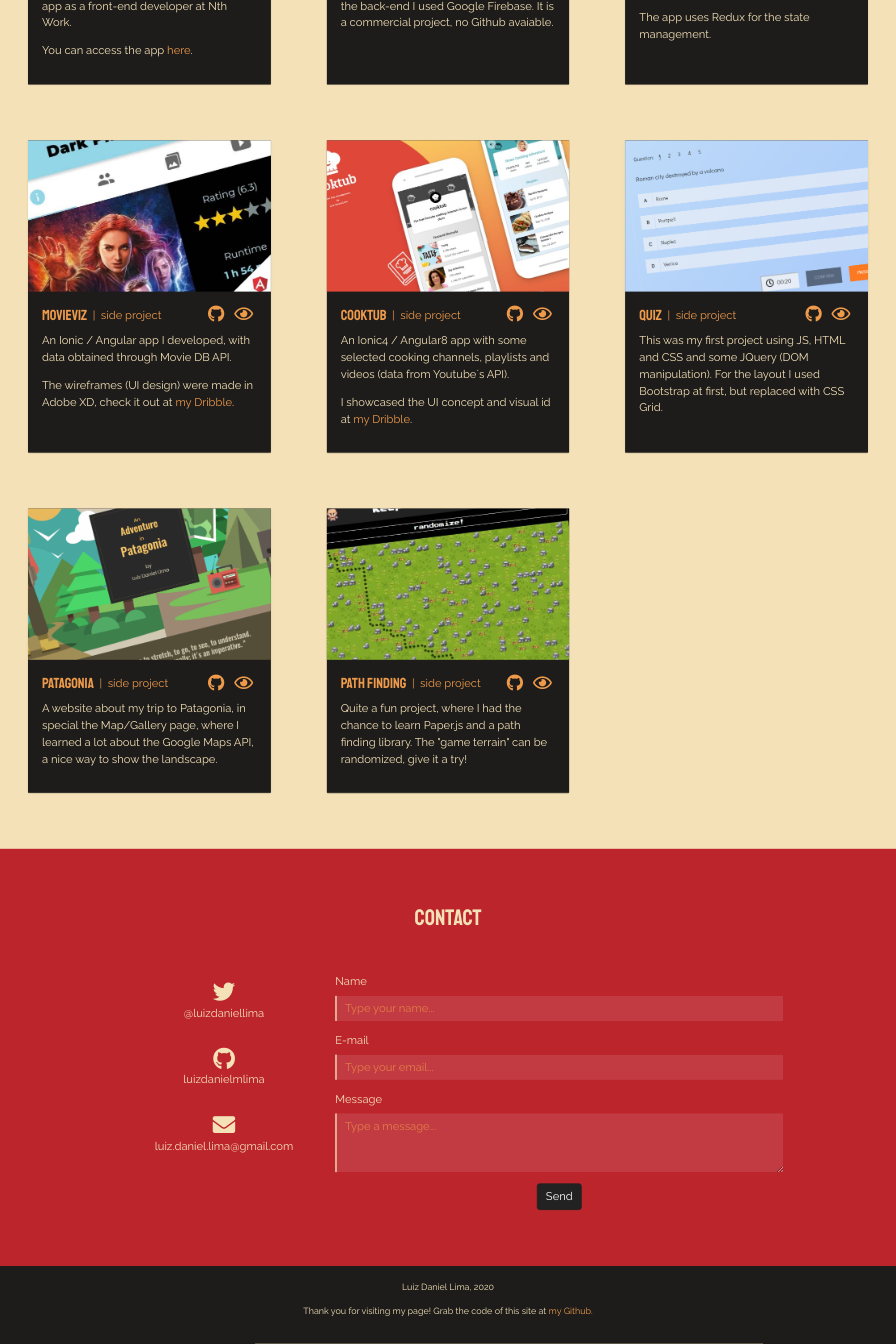
Repository: luizdanielmlima/myWebsite
Page: dist/index.html
These files come from the project's save history. The page is drawn as it stood at one moment and after the next save; the edit follows.
The browser window is 1280 px wide. The pictures show the part of the page from y = 1791 to 3711 px (the page is 3711 px tall before and 3114 px after), at 70% of full size.
Some web libraries are served in a nearby version.

Above is the page before, as saved 2023-01-04 07:51:25.

### dist/index.html
<!DOCTYPE html>
<html lang="en">
  <head>
    <meta charset="UTF-8" />
    <meta
      name="viewport"
      content="width=device-width, initial-scale=1.0"
    />
    <meta http-equiv="X-UA-Compatible" content="ie=edge" />
    <link
      href="https://fonts.googleapis.com/css?family=Raleway|Staatliches"
      rel="stylesheet"
    />
    <!-- Font Awesome -->
    <link
      rel="stylesheet"
      href="https://use.fontawesome.com/releases/v5.8.1/css/all.css"
      integrity="sha384-50oBUHEmvpQ+1lW4y57PTFmhCaXp0ML5d60M1M7uH2+nqUivzIebhndOJK28anvf"
      crossorigin="anonymous"
    />
    <!-- Bootstrap -->
    <link
      rel="stylesheet"
      href="https://maxcdn.bootstrapcdn.com/bootstrap/4.0.0/css/bootstrap.min.css"
      integrity="sha384-Gn5384xqQ1aoWXA+058RXPxPg6fy4IWvTNh0E263XmFcJlSAwiGgFAW/dAiS6JXm"
      crossorigin="anonymous"
    />
    <!-- Bootstrap Theme -->
    <link rel="stylesheet" href="./css/theme.css" />
    <!-- my CSS -->
    <link rel="stylesheet" href="./css/main.css" />
    <title>Luiz Daniel Lima's site</title>
  </head>

  <!--  -->

  <body>
    <!-- Logo AND nav-bar -->
    <header id="home">
      <div class="menu-bar">
        <div class="myLogo noselect">
          <p>L</p>
          <p>D</p>
          <p>LIMA</p>
        </div>
        <div class="menu-links">
          <ul class="menu-links-ul">
            <li><a href="#home" id="nav-home">Home</a></li>
            <li><a href="#about" id="nav-about">About Me</a></li>
            <li>
              <a href="#portfolio" id="nav-portfolio">Portfolio</a>
            </li>
            <li><a href="#contact" id="nav-contact">Contact</a></li>
            <li>
              <a
                href="./assets/LuizDanielLima_FrontEndDev_CV-V04_eng.pdf"
                target="_blank"
                aria-label="link to CV, version 4"
                ><i class="far fa-file-pdf mr-2"></i>CV</a
              >
            </li>
            <li>
              <a
                href="https://github.com/luizdanielmlima"
                target="_blank"
                ><i class="fab fa-github"></i
              ></a>
            </li>
          </ul>
        </div>
        <div class="toggle">
          <i
            class="fa fa-bars fa-2x toggle-icon"
            aria-hidden="true"
          ></i>
        </div>
      </div>
    </header>

    <!-- COVER -->
    <main id="main">
      <div class="poster-b noselect">
        <div class="area-fullname" data-obs="home">
          <h2 class="name">Luiz</h2>
          <h2 class="name">Daniel</h2>
          <h2 class="name">Lima</h2>
        </div>
        <div class="v-line"></div>
        <div class="area-iknow">
          <ul class="habilities">
            <li>javascript</li>
            <li>html / css</li>
            <li>react</li>
            <li>angular</li>
            <li>ionic 4</li>
            <li><a href="#about">more...</a></li>
          </ul>
        </div>
        <div class="box1"></div>
        <div class="v-line"></div>
        <div class="area-iam">
          <div class="area-job">
            <h2>front</h2>
            <h2>end</h2>
            <h2>developer</h2>
          </div>
        </div>
      </div>
    </main>

    <!-- SECTION: ABOUT ME -->
    <section class="aboutme" id="about">
      <h2 class="section-title" data-obs="about">About Me</h2>
      <div class="abt-content">
        <div class="abt-item">
          <h3>Who I am</h3>
          <p>
            I´m an engineer who switched carreers many years ago. I
            consider myself a "life long learner", who loves
            programming and design. I enjoy solving problems and
            building things with thoughtful planning, hard work and
            creativity.
          </p>
        </div>
        <div class="abt-item">
          <h3>Some More Info</h3>
          <ul>
            <li>Happily married, father of a daughter</li>
            <a
              class="linked-item"
              href="https://luizdanielmlima.github.io/tennisballmachine/"
              target="_blank"
              ><li>Built my own tennis ball machine!</li></a
            >
            <li>Founded a start-up 10 years ago</li>
            <a
              class="linked-item"
              href="https://luizdanielmlima.github.io/trip-patagonia/"
              target="_blank"
            >
              <li>Trekked in Patagonia, Argentina</li>
            </a>
            <li>Fluent English, learning French</li>
          </ul>
        </div>
        <div class="abt-item">
          <h3>Skills</h3>
          <div class="abt-item-doubleinfo">
            <ul>
              <li>JS/TS, HTML, CSS/SaSS</li>
              <li>Angular, Ionic</li>
              <li>React, Redux</li>
              <li>Material UI</li>
              <li>Responsive Design</li>
            </ul>
            <div class="skills-icons">
              <i class="fab fa-js fa-3x"></i>
              <i class="fab fa-html5 fa-3x"></i>
              <i class="fab fa-css3-alt fa-3x"></i>
              <i class="fab fa-react fa-3x"></i>
              <i class="fab fa-angular fa-3x"></i>
              <ion-icon name="logo-ionic"></ion-icon>
              <ion-icon name="logo-sass"></ion-icon>
              <!-- <i class="fab fa-bootstrap fa-3x"></i> -->
              <i class="fab fa-npm fa-3x"></i>
              <!-- <i class="fab fa-git-square fa-3x"></i> -->
              <i class="fab fa-github fa-3x"></i>
              <!-- <i class="fab fa-gulp fa-3x"></i> -->
            </div>
          </div>
        </div>
      </div>
    </section>

    <!-- SECTION: PORTFOLIO -->
    <section class="portfolio" id="portfolio">
      <h2 class="section-title" data-obs="portfolio">Portfolio</h2>
      <div class="pf-content">
        <div class="pf-card">
          <a href="https://movieviz.web.app/" target="_blank">
            <figure class="clickable-img">
              <i class="far fa-eye fa-2x clickable-img-icon"></i>
              <div class="clickable-img-icon-bg"></div>
              <img
                class="clickable-img-raster"
                src="./assets/portf_wemc_crop.jpg"
                alt="wemc thumb"
              />
            </figure>
          </a>
          <div class="pf-card-body">
            <div class="title-icons-area">
              <div class="title-wrapper">
                <h3>WEMC</h3>
                <p>|</p>
                <p>commercial</p>
              </div>
              <div class="icons">
                <a
                  href="https://c3s-edu.wemcouncil.org/"
                  target="_blank"
                  ><i class="far fa-eye fa-2x"></i
                ></a>
              </div>
            </div>
            <p>
              An educational app to show climate changes, I helped
              build this Angular 9 app as a front-end developer at Nth
              Work.
            </p>
            <p>
              You can access the app
              <a
                href="https://c3s-edu.wemcouncil.org/"
                target="_blank"
                >here</a
              >.
            </p>
          </div>
        </div>
        <div class="pf-card">
          <a data-toggle="modal" data-target="#videoModal">
            <figure class="clickable-img">
              <i class="fab fa-youtube fa-2x clickable-img-icon"></i>
              <!-- <i class="fa fa-play fa-2x clickable-img-icon"></i> -->
              <div class="clickable-img-icon-bg"></div>
              <img
                class="clickable-img-raster"
                src="./assets/portfolio_moztra_crop.png"
                alt="portfolio image"
              />
            </figure>
          </a>

          <div class="pf-card-body">
            <div class="title-icons-area">
              <div class="title-wrapper">
                <h3>Moztra</h3>
                <p>|</p>
                <p>commercial</p>
              </div>
              <div class="icons">
                <a data-toggle="modal" data-target="#videoModal">
                  <i class="fab fa-youtube fa-2x"></i>
                </a>
              </div>
            </div>
            <p>
              A CMS built in Angular 8 that uses Components, Services,
              Routing, etc. For the back-end I used Google Firebase.
              It is a commercial project, no Github avaiable.
            </p>
          </div>
        </div>
        <div class="pf-card">
          <a href="https://movievizreact.web.app/" target="_blank">
            <figure class="clickable-img">
              <i class="far fa-eye fa-2x clickable-img-icon"></i>
              <div class="clickable-img-icon-bg"></div>
              <img
                class="clickable-img-raster"
                src="./assets/portf_movieviz_react2_crop.jpg"
                alt="portfolio image"
              />
            </figure>
          </a>
          <div class="pf-card-body">
            <div class="title-icons-area">
              <div class="title-wrapper">
                <h3>Movieviz</h3>
                <p>|</p>
                <p>side project</p>
              </div>
              <div class="icons">
                <a
                  href="https://github.com/luizdanielmlima/movieviz-react"
                  target="_blank"
                  ><i class="fab fa-github fa-2x"></i
                ></a>
                <a
                  href="https://movievizreact.web.app/"
                  target="_blank"
                  ><i class="far fa-eye fa-2x"></i
                ></a>
              </div>
            </div>
            <p>
              I rewrote in React/Ionic the same Movieviz app I made in
              Angular/Ionic.
            </p>
            <p>The app uses Redux for the state management.</p>
          </div>
        </div>
        <div class="pf-card">
          <a href="https://movieviz.web.app/" target="_blank">
            <figure class="clickable-img">
              <i class="far fa-eye fa-2x clickable-img-icon"></i>
              <div class="clickable-img-icon-bg"></div>
              <img
                class="clickable-img-raster"
                src="./assets/portf_movieviz2_crop.jpg"
                alt="portfolio image"
              />
            </figure>
          </a>
          <div class="pf-card-body">
            <div class="title-icons-area">
              <div class="title-wrapper">
                <h3>Movieviz</h3>
                <p>|</p>
                <p>side project</p>
              </div>
              <div class="icons">
                <a
                  href="https://github.com/luizdanielmlima/movieviz"
                  target="_blank"
                  ><i class="fab fa-github fa-2x"></i
                ></a>
                <a href="https://movieviz.web.app/" target="_blank"
                  ><i class="far fa-eye fa-2x"></i
                ></a>
              </div>
            </div>
            <p>
              An Ionic / Angular app I developed, with data obtained
              through Movie DB API.
            </p>
            <p>
              The wireframes (UI design) were made in Adobe XD, check
              it out at
              <a
                href="https://dribbble.com/luizdaniellima"
                target="_blank"
                >my Dribble</a
              >.
            </p>
          </div>
        </div>
        <div class="pf-card">
          <a href="https://cooktub.web.app/" target="_blank">
            <figure class="clickable-img">
              <i class="far fa-eye fa-2x clickable-img-icon"></i>
              <div class="clickable-img-icon-bg"></div>
              <img
                class="clickable-img-raster"
                src="./assets/portf_cooktub_crop.jpg"
                alt="portfolio image"
              />
            </figure>
          </a>
          <div class="pf-card-body">
            <div class="title-icons-area">
              <div class="title-wrapper">
                <h3>Cooktub</h3>
                <p>|</p>
                <p>side project</p>
              </div>
              <div class="icons">
                <a
                  href="https://github.com/luizdanielmlima/cooktub"
                  target="_blank"
                  ><i class="fab fa-github fa-2x"></i
                ></a>
                <a href="https://cooktub.web.app/" target="_blank"
                  ><i class="far fa-eye fa-2x"></i
                ></a>
              </div>
            </div>
            <p>
              An Ionic4 / Angular8 app with some selected cooking
              channels, playlists and videos (data from Youtube´s
              API).
            </p>
            <p>
              I showcased the UI concept and visual id at
              <a
                href="https://dribbble.com/luizdaniellima"
                target="_blank"
                >my Dribble</a
              >.
            </p>
          </div>
        </div>
        <div class="pf-card">
          <a
            href="https://luizdanielmlima.github.io/simplequiz/"
            target="_blank"
          >
            <figure class="clickable-img">
              <i class="far fa-eye fa-2x clickable-img-icon"></i>
              <div class="clickable-img-icon-bg"></div>
              <img
                class="clickable-img-raster"
                src="./assets/portf_quiz_crop.png"
                alt="portfolio image"
              />
            </figure>
          </a>
          <div class="pf-card-body">
            <div class="title-icons-area">
              <div class="title-wrapper">
                <h3>Quiz</h3>
                <p>|</p>
                <p>side project</p>
              </div>
              <div class="icons">
                <a
                  href="https://github.com/luizdanielmlima/simplequiz"
                  target="_blank"
                  ><i class="fab fa-github fa-2x"></i
                ></a>
                <a
                  href="https://luizdanielmlima.github.io/simplequiz/"
                  target="_blank"
                  ><i class="far fa-eye fa-2x"></i
                ></a>
              </div>
            </div>
            <p>
              This was my first project using JS, HTML and CSS and
              some JQuery (DOM manipulation). For the layout I used
              Bootstrap at first, but replaced with CSS Grid.
            </p>
          </div>
        </div>
        <div class="pf-card">
          <a
            href="https://luizdanielmlima.github.io/trip-patagonia/"
            target="_blank"
          >
            <figure class="clickable-img">
              <i class="far fa-eye fa-2x clickable-img-icon"></i>
              <div class="clickable-img-icon-bg"></div>
              <img
                class="clickable-img-raster"
                src="./assets/portf_patagonia_crop.png"
                alt="portfolio image"
              />
            </figure>
          </a>
          <div class="pf-card-body">
            <div class="title-icons-area">
              <div class="title-wrapper">
                <h3>Patagonia</h3>
                <p>|</p>
                <p>side project</p>
              </div>
              <div class="icons">
                <a
                  href="https://github.com/luizdanielmlima/trip-patagonia"
                  target="_blank"
                  ><i class="fab fa-github fa-2x"></i
                ></a>
                <a
                  href="https://luizdanielmlima.github.io/trip-patagonia/"
                  target="_blank"
                  ><i class="far fa-eye fa-2x"></i
                ></a>
              </div>
            </div>
            <p>
              A website about my trip to Patagonia, in special the
              Map/Gallery page, where I learned a lot about the Google
              Maps API, a nice way to show the landscape.
            </p>
          </div>
        </div>

        <!-- <div class="pf-card">
          <a
            href="https://luizdanielmlima.github.io/colorPicker/"
            target="_blank"
          >
            <figure class="clickable-img">
              <i class="far fa-eye fa-2x clickable-img-icon"></i>
              <div class="clickable-img-icon-bg"></div>
              <img
                class="clickable-img-raster"
                src="./assets/portf_color_picker_crop.jpg"
                alt="portfolio image"
              />
            </figure>
          </a>
          <div class="pf-card-body">
            <div class="title-icons-area">
              <div class="title-wrapper">
                <h3>Color Picker</h3>
                <p>|</p>
                <p>side project</p>
              </div>
              <div class="icons">
                <a
                  href="https://github.com/luizdanielmlima/colorPicker"
                  target="_blank"
                  ><i class="fab fa-github fa-2x"></i
                ></a>
                <a
                  href="https://luizdanielmlima.github.io/colorPicker/"
                  target="_blank"
                  ><i class="far fa-eye fa-2x"></i
                ></a>
              </div>
            </div>
            <p>
              A simple color picker app that I made, to learn Sass,
              that generates all the colors through mixins and stuff.
              Clipboard.js and Animate CSS were used too.
            </p>
          </div>
        </div> -->

        <div class="pf-card">
          <a
            href="https://luizdanielmlima.github.io/pathfindit/"
            target="_blank"
          >
            <figure class="clickable-img">
              <i class="far fa-eye fa-2x clickable-img-icon"></i>
              <div class="clickable-img-icon-bg"></div>
              <img
                class="clickable-img-raster"
                src="./assets/portf_pathfinding_crop.jpg"
                alt="portfolio image"
              />
            </figure>
          </a>

          <div class="pf-card-body">
            <div class="title-icons-area">
              <div class="title-wrapper">
                <h3>Path Finding</h3>
                <p>|</p>
                <p>side project</p>
              </div>
              <div class="icons">
                <a
                  href="https://github.com/luizdanielmlima/pathfindit"
                  target="_blank"
                  ><i class="fab fa-github fa-2x"></i
                ></a>
                <a
                  href="https://luizdanielmlima.github.io/pathfindit/"
                  target="_blank"
                  ><i class="far fa-eye fa-2x"></i
                ></a>
              </div>
            </div>
            <p>
              Quite a fun project, where I had the chance to learn
              Paper.js and a path finding library. The "game terrain"
              can be randomized, give it a try!
            </p>
          </div>
        </div>
      </div>
    </section>

    <!-- SECTION: CONTACT -->
    <section class="contact">
      <h2 class="section-title" id="contact" data-obs="contact">
        Contact
      </h2>
      <div class="contact-info">
        <div class="icons-list">
          <div class="contact-item">
            <a
              href="https://twitter.com/luizdaniellima"
              target="_blank"
            >
              <i class="fab fa-twitter fa-2x"></i>
              <p>@luizdaniellima</p>
            </a>
          </div>
          <div class="contact-item">
            <a
              href="https://github.com/luizdanielmlima/"
              target="_blank"
            >
              <i class="fab fa-github fa-2x"></i>
              <p>luizdanielmlima</p>
            </a>
          </div>
          <div class="contact-item">
            <i class="fas fa-envelope fa-2x"></i>
            <p>luiz.daniel.lima@gmail.com</p>
          </div>
        </div>

        <form name="contact" method="POST" data-netlify="true">
          <div class="form-group">
            <label for="nameInput">Name</label>
            <input
              type="text"
              name="name"
              class="form-control"
              id="nameInput"
              placeholder="Type your name..."
            />
          </div>
          <div class="form-group">
            <label for="emailInput">E-mail</label>
            <input
              type="email"
              name="email"
              class="form-control"
              id="emailInput"
              aria-describedby="emailHelp"
              placeholder="Type your email..."
            />
          </div>
          <div class="form-group">
            <label for="messageInput">Message</label>
            <textarea
              name="message"
              class="form-control"
              id="messageInput"
              rows="3"
              placeholder="Type a message..."
            ></textarea>
          </div>
          <div class="d-flex justify-content-center">
            <button type="submit" class="btn btn-primary">
              Send
            </button>
          </div>
        </form>
      </div>
    </section>

    <!-- FOOTER -->
    <footer>
      <p>Luiz Daniel Lima, 2020</p>
      <p>
        Thank you for visiting my page! Grab the code of this site at
        <a
          href="https://github.com/luizdanielmlima/myWebsite"
          target="_blank"
          >my Github.</a
        >
      </p>
    </footer>

    <!-- MODAL -->
    <div
      class="video-modal modal fade"
      id="videoModal"
      tabindex="-1"
      role="dialog"
      aria-labelledby="exampleModalLabel"
      aria-hidden="true"
    >
      <div class="modal-dialog" role="document">
        <div class="modal-content">
          <div class="modal-header">
            <h5 class="modal-title" id="exampleModalLabel">Video</h5>
            <button
              type="button"
              class="close"
              data-dismiss="modal"
              aria-label="Close"
            >
              <span aria-hidden="true">&times;</span>
            </button>
          </div>

          <div class="modal-body">
            <iframe
              id="modal-video-frame"
              width="560"
              height="315"
              src="https://www.youtube.com/embed/VSWYHQtCzmI"
              frameborder="0"
              allow="accelerometer; autoplay; encrypted-media; gyroscope; picture-in-picture"
              allowfullscreen
            ></iframe>
          </div>
        </div>
      </div>
    </div>

    <script src="https://unpkg.com/ionicons@4.5.5/dist/ionicons.js"></script>
    <script
      src="https://code.jquery.com/jquery-3.2.1.slim.min.js"
      integrity="sha384-KJ3o2DKtIkvYIK3UENzmM7KCkRr/rE9/Qpg6aAZGJwFDMVNA/GpGFF93hXpG5KkN"
      crossorigin="anonymous"
    ></script>
    <script
      src="https://cdnjs.cloudflare.com/ajax/libs/popper.js/1.12.9/umd/popper.min.js"
      integrity="sha384-ApNbgh9B+Y1QKtv3Rn7W3mgPxhU9K/ScQsAP7hUibX39j7fakFPskvXusvfa0b4Q"
      crossorigin="anonymous"
    ></script>
    <script
      src="https://maxcdn.bootstrapcdn.com/bootstrap/4.0.0/js/bootstrap.min.js"
      integrity="sha384-JZR6Spejh4U02d8jOt6vLEHfe/JQGiRRSQQxSfFWpi1MquVdAyjUar5+76PVCmYl"
      crossorigin="anonymous"
    ></script>
    <script src="./js/main.js"></script>
  </body>
</html>

Loaded but not shown: dist/js/main.js (73 lines, source omitted); dist/css/theme.css (7600 lines, source omitted); dist/css/main.css (714 lines, source omitted)

After the next save:
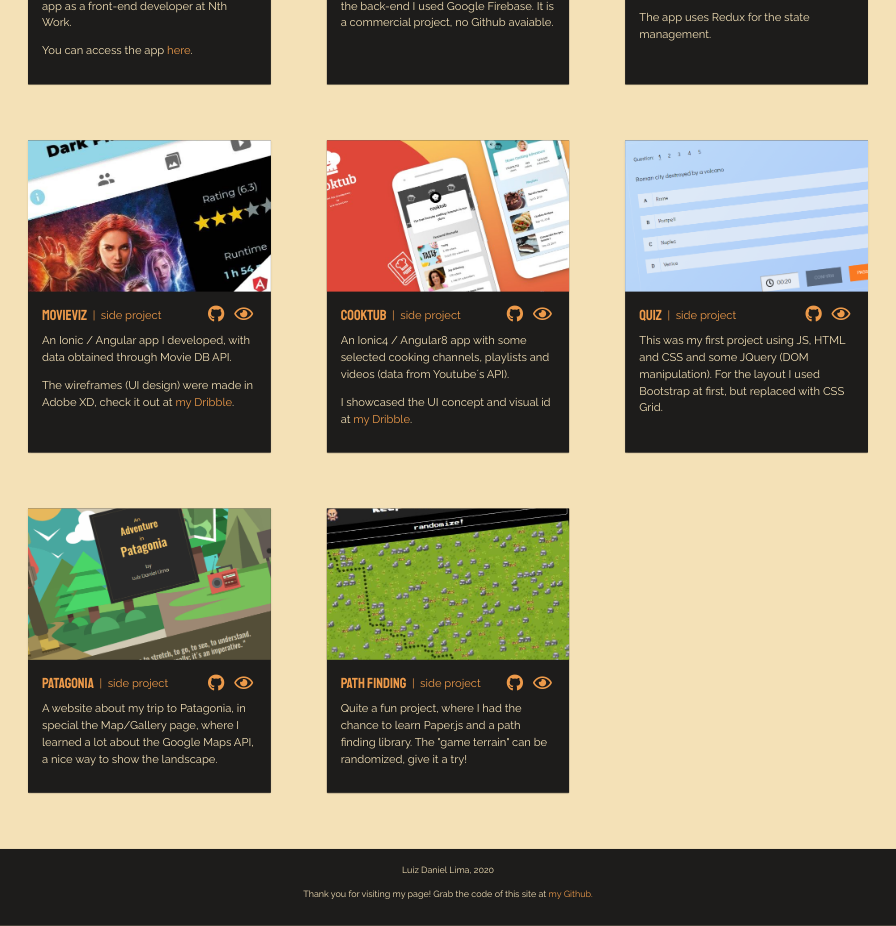
Saved 4 min 2 s later.
--- a/dist/index.html
+++ b/dist/index.html
@@ -556,7 +556,7 @@
     </section>
 
     <!-- SECTION: CONTACT -->
-    <section class="contact">
+    <!-- <section class="contact">
       <h2 class="section-title" id="contact" data-obs="contact">
         Contact
       </h2>
@@ -625,7 +625,7 @@
           </div>
         </form>
       </div>
-    </section>
+    </section> -->
 
     <!-- FOOTER -->
     <footer>
